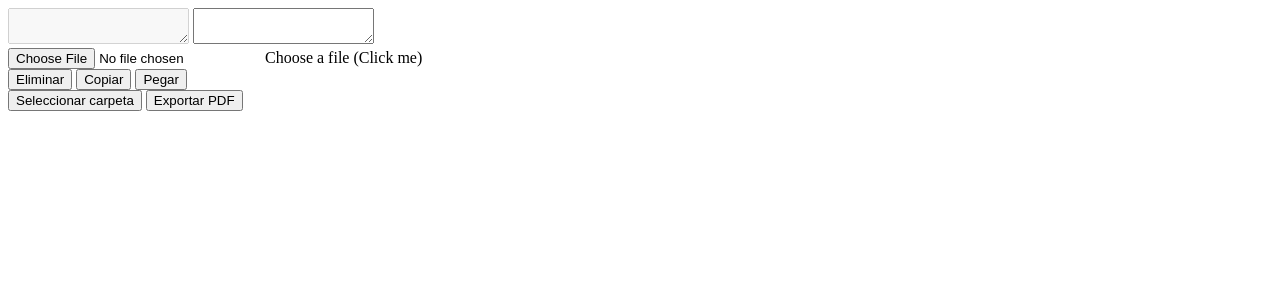
Repository: d3v0l0p3rs/pdf-spliteador
Page: src/index.html
An editor plug-in stored every save of this project. The page is shown before and after the next save, followed by the edit.
The browser window is 1280 px wide. The pictures show the whole page.

Above is the page before, as saved 2020-10-21 13:57:16.

After the next save:
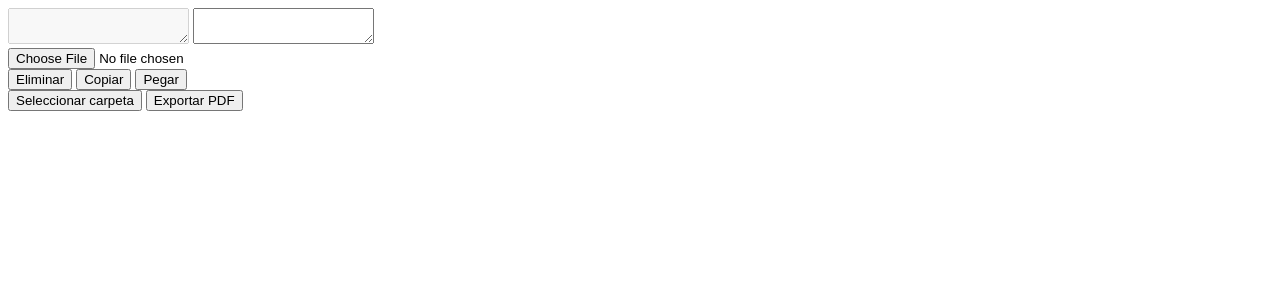
Saved 50 min 10 s later.
--- a/src/index.html
+++ b/src/index.html
@@ -12,7 +12,6 @@
       </div>
       <div id="actions">
         <input type="file" id="upload-pdf" name="upload-pdf" accept=".pdf">
-        <label for="upload-pdf">Choose a file (Click me)</label>
         <!-- <button id="upload-pdf" class="action-row">Subir PDF</button> -->
         <div id="text-actions" class="action-row">
           <button id="delete-text" class="text-action">Eliminar</button>
